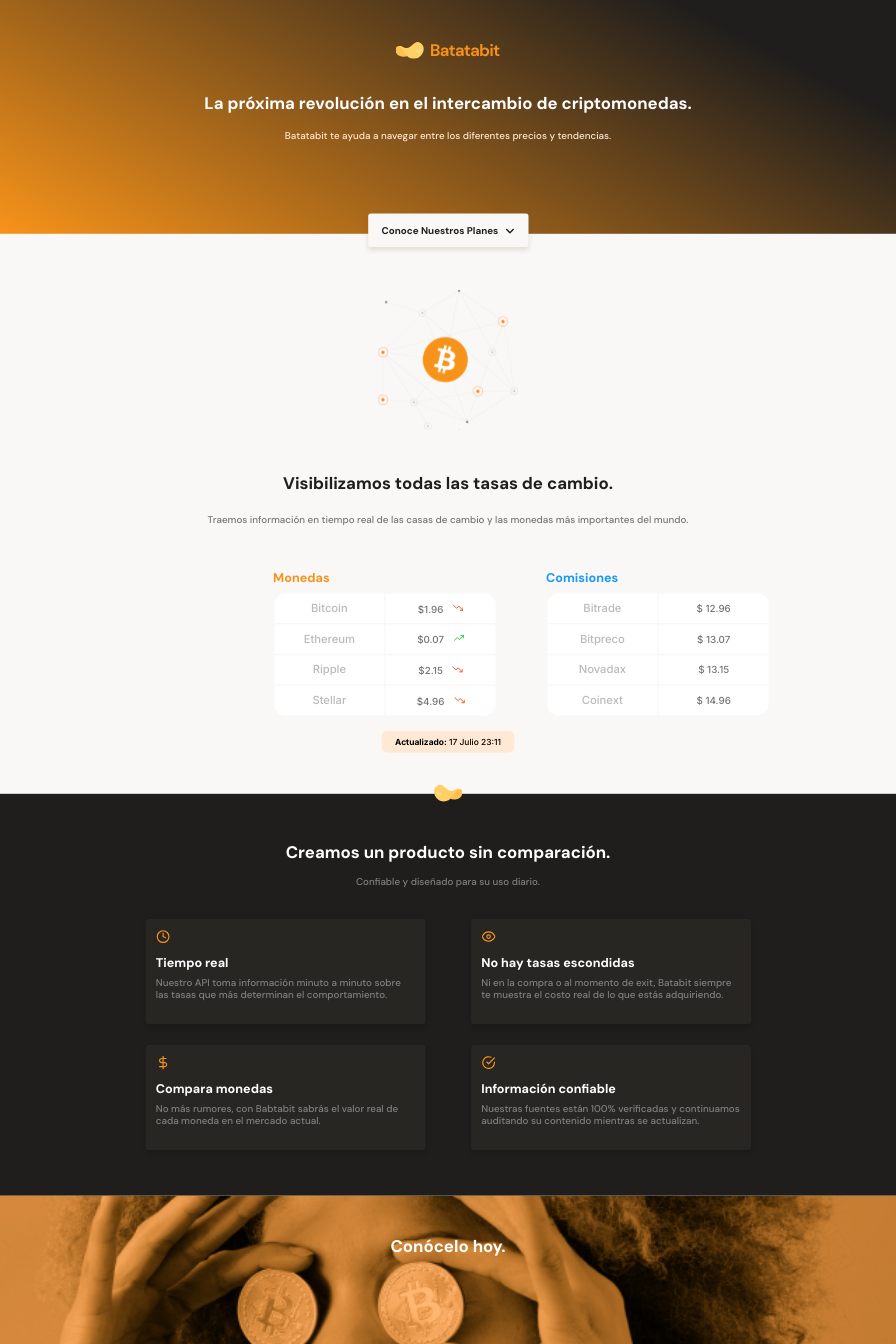
Repository: Pandrea-hub/Batatabit
Page: index.html
An editor plug-in stored every save of this project. The page is shown before and after the next save, followed by the edit.
The browser window is 1280 px wide. The pictures show the part of the page from y = 0 to 1920 px (the page is 2778 px tall), at 70% of full size.

Above is the page before, as saved 2022-04-20 22:31:17.

### index.html
<!DOCTYPE html>
<html lang="en">
<head>
    <meta charset="UTF-8">
    <meta http-equiv="X-UA-Compatible" content="IE=edge">
    <meta name="viewport" content="width=device-width, initial-scale=1.0">
    <title>Document</title>
    <link rel="preconnect" href="https://fonts.googleapis.com">
    <link rel="preconnect" href="https://fonts.gstatic.com" crossorigin>
    <link href="https://fonts.googleapis.com/css2?family=DM+Sans:wght@400;500;700&family=Inter:wght@300;500;700&display=swap" rel="stylesheet">
    <link rel="stylesheet" href="./style.css">
    <link rel="stylesheet" href="./css/tablet.css" media="(min-width: 930px)">
</head>
<body>


    <header>

        <img src="./assets/img/logo.svg" alt="Logo del header donde estara una patata y el nombre que es Batatabit"/>
        <div class="header--title-container">
            <h1>La próxima revolución en el intercambio de criptomonedas.</h1>
            <p>Batatabit te ayuda a navegar entre los diferentes precios y tendencias.</p>
            <a href="#plans" class="header--button">Conoce Nuestros Planes<span></span></a>
        </div>
    </header>


    <main>
        <section class="main-exchange--container">
            <div class="backgroungImg"></div>
            <div class="main-exchange--container--title">
                <h2>Visibilizamos todas las tasas de cambio.</h2>
                <p>Traemos información en tiempo real de las casas de cambio y las monedas más importantes del mundo.</p>
            </div>

            <section class="main-tables-container">
                <div class="main-currency-table">
                    <div class="currency-table">

                        <div class="container-arrow--left" id="arrow-left"></div>

                        <div class="currency-table--container" id="table-1">
                            <p class="currency-table--title" id="title-1">Monedas</p>
                            <table>
                                <tr>
                                    <tr>
                                        <td class="table__top--left">Bitcoin</td>
                                        <td class="table__top--right table__right">$1.96 <span class="down"></span></td>
                                    </tr>
                                    <tr>
                                        <td>Ethereum</td>
                                        <td class="table__right">$0.07 <span class="up"></span></td>
                                    </tr>
                                    <tr>
                                        <td>Ripple</td>
                                        <td class="table__right">$2.15 <span class="down"></span></td>
                                    </tr>
                                    <tr>
                                        <td class="table__bottom--left">Stellar</td>
                                        <td class="table__bottom-right table__right">$4.96 <span class="down"></span></td>
                                    </tr>
                                </tr>
                            </table>
                        </div>


                        <div class="currency-table--container" id="table-2">
                            <p class="currency-table--title" id="title-2">Comisiones</p>
                            <table>
                                <tr>
                                    <tr>
                                        <td class="table__top--left">Bitrade</td>
                                        <td class="table__top--right table__right">$ 12.96</td>
                                    </tr>
                                    <tr>
                                        <td>Bitpreco</td>
                                        <td class="table__right">$ 13.07</td>
                                    </tr>
                                    <tr>
                                        <td>Novadax</td>
                                        <td class="table__right">$ 13.15</td>
                                    </tr>
                                    <tr>
                                        <td class="table__bottom--left">Coinext</td>
                                        <td class="table__bottom-right table__right">$ 14.96</td>
                                    </tr>
                                </tr>
                            </table>
                        </div>

                        <div class="container-arrow" id="arrow-right"></div>

                    </div>

                    <div class="currency-table--date" id="table-date">
                        <p><b>Actualizado:</b> 17 Julio 23:11 </p></p>
                    </div>

                </div>
            </section>
        </section>

    <script>
        const arrow_right = document.getElementById("arrow-right")
        const arrow_left = document.getElementById("arrow-left")
        const table_1 = document.getElementById("table-1")
        const table_2 = document.getElementById("table-2")
        const date = document.getElementById("table-date");


        arrow_right.onclick = function(){
            arrow_right.style.display="none";
            table_1.style.display = "none"
            table_2.style.display = "grid"
            arrow_left.style.display = "block"
            date.style.backgroundColor="#E7F5FF";
        }
        arrow_left.onclick = function(){
            arrow_left.style.display="none";
            table_1.style.display = "grid"
            table_2.style.display = "none"
            arrow_right.style.display = "block"
            date.style.backgroundColor="#FFE9D4";
        }
    </script>


        <section class="main-product--detail">
            <span class="product-detail--batata-logo"></span>
            <div class="product-detail--title">
                <h2>Creamos un producto sin comparación.</h2>
                <p>Confiable y diseñado para su uso diario.</p>
            </div>
            <section class="product-cards--container">
                <article class="product-detail--card">
                    <span class="icon-card clock"></span>
                    <p class="product-card--title">Tiempo real</p>
                    <p class="product-card--body">Nuestro API toma información minuto a minuto sobre las tasas que más determinan el comportamiento.</p>
                </article>

                <article class="product-detail--card">
                    <span class="icon-card tasas"></span>
                    <p class="product-card--title">No hay tasas escondidas</p>
                    <p class="product-card--body">Ni en la compra o al momento de exit, Batabit siempre te muestra el costo real de lo que estás adquiriendo.</p>
                </article>


                <article class="product-detail--card">
                    <span class="icon-card money"></span>
                    <p class="product-card--title">Compara monedas</p>
                    <p class="product-card--body">No más rumores, con Babtabit sabrás el valor real de cada moneda en el mercado actual.</p>
                </article>


                <article class="product-detail--card">
                    <span class="icon-card info"></span>
                    <p class="product-card--title">Información confiable</p>
                    <p class="product-card--body">Nuestras fuentes están 100% verificadas y continuamos auditando su contenido mientras se actualizan.</p>
                </article>

            </section>

        </section>



        <section class="bitcoin-img--container">
            <h2>Conócelo hoy.</h2>
        </section>


        <section id="plans" class="main-plans-container">
            <div class="plans--title">
                <h2>Escoge el plan que mejor se ajuste a ti.</h2>
                <p>Cualquier plan te da acceso completo a nuestra plataforma.</p>
            </div>
            <section class="plans-container--slider">
                <article class="plans-container--card">
                    <p class="recommended">Recomendado</p>
                    <div class="plan-info--container">
                        <h3 class="plan-card--title">Pago Anual</h3>
                        <p class="plan-card--price"><sup>$</sup> 99</p>
                        <p class="plan-card--saving">*Ahorras $129 comparado al plan mensual.</p>
                        <button class="plan-card--ca">Escoger este <span></span></button>
                    </div>
                </article>

                <article class="plans-container--card">
                    <p class="premium">Premium</p>
                    <div class="plan-info--container">
                        <h3 class="plan-card--title">Pago Anual</h3>
                        <p class="plan-card--price"><sup>$</sup> 180</p>
                        <p class="plan-card--saving">*Tendras acceso a categorias como el estado de cuenta y notificaciones cuando se suba el precio.</p>
                        <button class="plan-card--ca">Escoger este <span></span></button>
                    </div>
                </article>


                <article class="plans-container--card card-classic">
                    <p class="classic">Clasico</p>
                    <div class="plan-info--container">
                        <h3 class="plan-card--title info-classic">Pago Trimestal</h3>
                        <p class="plan-card--price info-classic"><sup>$</sup> 25</p>
                        <p class="plan-card--saving info-classic">*Podras acceder solo a 3 meses a una cuenta clasica.</p>
                        <button class="plan-card--ca info-classic-button">Escoger este <span></span></button>
                    </div>
                </article>

            </section>
        </section>




    </main>

    <footer>
        <section class="left">
            <ul>
                <li><a href="#">Linkedin</a></li>
                <li><a href="#">Github</a></li>
                <li><a href="#">Twitter</a></li>
            </ul>
        </section>
        <section class="right">
            <img src="./assets/img/logo-footer.svg" alt="Logo de Batatabit 2020">
        </section>
    </footer>

</body>
</html>

### style.css
/*
1. Position
2. Box model
3. typography
4. Visual themes
5. Others
*/

:root{
    --bitcoin-orange:#F7931A;
    --soft-orange:#FFE9D4;
    --secondary-blue:#1A9AF7;
    --soft-blue:#E7F5FF;
    --warm-black:#201E1C;
    --black: #201e1c;
    --grey: #bababa;
    --off-white: #faf8f7;
    --just-white: #fff;
}

*{
    padding: 0;
    margin: 0;
    box-sizing: border-box;
}


html{
    font-size: 62.5%;
    font-family: "DM Sans", sans-serif;
}

header{
    position: relative;
    display: flex;
    flex-direction:column;
    justify-content: center;
    width: 100%;
    height: 334px;
    min-width: 320px;
    text-align: center;
    background: linear-gradient(207.8deg, #201E1C 16.69%, #F7931A 100%);

}

header img{
    width: 150px;
    height: 24px;
    margin-top: 60px;
    align-self: center;
}

.header--title-container{
    width: 90%;
    min-width: 288px;
    max-width: 900px;
    height: 218px;
    margin-top: 50px;
    text-align: center;
    align-self:center;
}

.header--title-container h1{
    font-size: 2.4rem;
    font-weight: bold;
    line-height: 2.6rem;
    color: var(--just-white);
}

.header--title-container p{
    font-size: 1.4rem;
    font-weight: 500;
    line-height: 1.8rem;
    color:var(--soft-orange);
    margin-top: 2.4rem;
}


.header--title-container .header--button{
    left: calc(50% - 229px/2);
    position: absolute;
    top: 270px;
    display: block;
    margin-top: 35px;
    padding: 15px;
    width: 229px;
    height: 48px;
    background-color: var(--off-white);
    /* Box shadow */
    box-shadow: 0px 4px 8px rgba(89, 73, 30, 0.16);
    border-radius: 4px;
    font-weight: bold;
    font-size: 14px;
    line-height: 18px;
    color:var(--warm-black);
    text-decoration: none;
}

.header--button span{
    display: inline-block;
    width: 13px;
    height: 8px;
    margin-left: 10px;
    background-image: url('./assets/icons/down-arrow.svg');
}

main{
    width: 100%;
    height: auto;
    background-color:var(--off-white);
    min-width: 320px;
}


.main-exchange--container{
    width: 100%;
    height: auto;
    padding-top: 80px;
    padding-bottom: 30px;
    text-align: center;
}

.main-exchange--container--title{
    width: 100%;
    min-width: 288px;
    max-width: 900px;
    margin: 10px auto;
    padding: 1%;
}

.main-exchange--container .backgroungImg{
    width: 200px;
    height: 200px;
    margin: 0 auto;
    margin-bottom: 50px;
    background-image: url(./assets/img/bitcoin.svg);
    background-size: cover;
    background-position: center;
    background-repeat: no-repeat;
}


.main-exchange--container--title h2{
    margin-bottom: 30px;
    font-size: 2.4rem;
    font-weight: bold;
    line-height: 2.6rem;
    align-self:center;
    color:var(--warm-black);
}




.main-exchange--container--title p{
    margin-bottom: 30px;
    font-size: 1.4rem;
    line-height: 1.8rem;
    font-weight: 500;
    color:#757575;
    text-align: center;

}





/*Tables*/


.main-tables-container{
    margin: 20px auto;
    width: 100%;
}



.main-currency-table{
    display: flex;
    flex-direction: column;
    width: 70%;
    min-width: 235px;
    max-width: 500px;
    height: 240px;
    margin: 0 auto;
    font-family: "Inter", sans-serif;
}

.main-currency-table .currency-table--title{
    width: 81px;
    height: 10px;
    margin: 0 auto;
    position: absolute;
    font-size: 1.8rem;
    font-weight: bold;
    line-height: 2.3rem;
    font-family: "DM Sans";
    color:var(--bitcoin-orange);
}

.currency-table{
    width: 100%;
}


.currency-table--container{
    margin: 0 auto;
    width: 100%;
    height: 90px;
    min-width: 190px;
    max-width: 300px;

}

.currency-table--container table{
    width: 70%;
    height: 180px;
    max-width: 320px;
    margin: 30px auto;
    position: absolute;
}


.currency-table--container td{
    width: 50%;
    font-size: 1.6rem;
    font-weight: 500;
    line-height: 1.9rem;
    color:var(--grey);
    background-color:var(--just-white);
    margin: 0px 10px;

}

.table__top--left{
    border-radius: 15px 0 0 0;
}

.table__top--right{
    border-radius:0 15px 0 0;
}


.table__bottom-right{
    border-radius:0 0 15px 0;
}

.table__bottom--left{
    border-radius:0 0 0 15px;
}

.currency-table--container .table__right{
    font-size: 1.4rem;
    font-weight: normal;
    line-height: 1.7rem;
    color:#757575;
}


.currency-table--container .down{
    display: inline-block;
    width: 15px;
    height: 15px;
    margin-left: 10px;
    background-image:url("./assets/icons/trending-down.svg");
    background-size:cover;
    background-repeat:no-repeat;
}

.currency-table--container .up{
    display: inline-block;
    width: 15px;
    height: 15px;
    margin-left: 10px;
    background-image:url("./assets/icons/trending-up.svg");
    background-size:cover;
    background-repeat:no-repeat;
}


.currenty-table{
    display: grid;
    grid-template-columns: 1fr 1fr 1fr;

}


.container-arrow{
    height: 10px;
    width: 12px;
    background-image: url("../assets/icons/right-arrow.svg");
    background-repeat: no-repeat;
    background-size: contain;
    background-position: center;
    position: absolute;
    margin-top: 25px;
    right: calc(10%);
    cursor: pointer;
}


.container-arrow--left{
    display: none;
    height: 10px;
    width: 12px;
    background-image: url("../assets/icons/left-arrow.svg");
    background-repeat: no-repeat;
    background-size: contain;
    background-position: center;
    position: absolute;
    margin-top:120px;
    left: calc(8%);
    cursor: pointer;
}


#title-2{
    color:var(--secondary-blue);
}



.currency-table--date{
    position: relative;
    margin: 0 auto;
    font-size: 12px;
    width: 190px;
    height: 31px;
    margin-top: 140px;

    padding: 8px;
    background-color:var(--soft-orange);
    border-radius:8px;
}

#table-2{
    display: none;
}

.main-product--detail{
    position: relative;
    width: 100%;
    min-width: 320px;
    height: auto;
    padding: 20px 10px;
    background-color:var(--warm-black);
    margin-top: 30px;
}


.product-detail--batata-logo{
    left: calc(50% - 20px);
    top: -12.5px;
    position: absolute;
    width: 40px;
    height: 25px;
    background-image:url("./assets/icons/batata.svg");
}


.product-detail--title{
    width: 90%;
    min-width: 288px;
    height: auto;
    margin: 0 auto;
    margin-top: 50px;
    text-align: center;
}


.product-detail--title h2{
    margin-bottom: 20px;
    font-size: 2.4rem;
    font-weight: bold;
    line-height: 2.6rem;
    color:var(--just-white);

}

.product-detail--title p{
    color:#808080;
    font-size: 1.4rem;
    font-weight: 500;
    line-height: 1.8rem;
}


.product-detail--card{
    width: 90%;
    min-width: 288px;
    max-width: 400px;
    height: 150px;
    margin: 15px auto;
    padding: 15px;
    background-color:#282623;
    border-radius:5px;
    box-shadow:0px 4px 8px rgba(0, 0, 0, 0.16);

}


.product-detail--card .icon-card{
    display: inline-block;
    width: 20px;
    height: 20px;
    background-position: center;
    background-size: cover;
    background-repeat: no-repeat;
    margin-bottom: 15px;

}

.clock{
    background-image:url("./assets/icons/clock.svg");
}

.tasas{
    background-image:url("./assets/icons/eye.svg");
}

.money{
    background-image:url("./assets/icons/dollar-sign.svg");
}

.info{
    background-image:url("./assets/icons/check-circle.svg");
}

.product-card--title{
    font-weight: 700;
    font-weight: bold;
    font-size: 1.8rem;
    line-height: 1.8rem;
    color:var(--just-white);
}


.product-card--body{
    font-weight: 500;
    font-size: 1.4rem;
    line-height: 1.8rem;
    color: #808080;
    margin-top: 10px;
}


/*Seccion de planes*/

.bitcoin-img--container{
    width: 100%;
    min-width: 320px;
    height: 50vh;
    background-image:url('./assets/img/bitcoinbaby2x.jpg');
    background-position:center;
    background-size:cover;
    background-repeat:no-repeat;
    text-align: center;
}

.bitcoin-img--container h2{
    padding-top: 60px;
    font-size: 2.4rem;
    font-weight: bold;
    line-height: 2.6rem;
    color:var(--just-white);
}


.main-plans-container{
    width: 100%;
    min-width: 320px;
    padding-bottom: 70px;
    text-align: center;
}

.plans--title{
    width: 90%;
    min-width: 288px;
    height: auto;
    margin: 0 auto;
    margin-bottom: 50px;
}


.plans--title h2{
    padding-top: 50px;
    font-size: 2.4rem;
    font-weight: bold;
    line-height: 2.6rem;
    color:var(--warm-black);
}


.plans--title p{
    padding-top: 30px;
    font-size: 1.4rem;
    font-weight: 500;
    line-height: 1.8rem;
    color:rgba(117, 117, 117, 1);
}

.plans-container--slider{
    display: flex;
    height: 316px;
    overflow-x: scroll;
    overscroll-behavior-x: contain;
    scroll-snap-type: proximity;
}

.plans-container--slider::-webkit-scrollbar {
    background-color: var(--soft-orange);
    height: 3px;
}

.plans-container--slider::-webkit-scrollbar-thumb {
    background-color: var(--bitcoin-orange);
}

.plans-container--card{
    position: relative;
    scroll-snap-align: center;
    width: 60%;
    min-width: 200px;
    max-width: 300px;
    min-height: 260px;
    margin: 50px 10px 0;
    padding: 0 15px;
    border-radius:15px;
    box-shadow: 0 4px 8px rgba(89, 73, 30, 0.16);
    background:var(--just-white);
}

.recommended{
    position: absolute;
    width: 120px;
    height: 31px;
    left: calc(50% - 60px);
    top: -15px;
    padding: 6px;
    font-size: 1.2rem;
    background-color:var(--bitcoin-orange);
    border-radius:8px;
    color:var(--just-white);
}

.premium{
    position: absolute;
    width: 120px;
    height: 31px;
    left: calc(50% - 60px);
    top: -15px;
    padding: 6px;
    font-size: 1.2rem;
    background-color:var(--secondary-blue);
    border-radius:8px;
    color:var(--just-white);
}

.classic{
    position: absolute;
    width: 120px;
    height: 31px;
    left: calc(50% - 60px);
    top: -15px;
    padding: 6px;
    font-size: 1.2rem;
    background-color:var(--bitcoin-orange);
    border-radius:8px;
    color:var(--just-white);
}

.card-classic{
    background-color:var(--warm-black);
}



.plan-card--title{
    padding-top: 30px;
    font-size: 1.4rem;
    font-weight: 500;
    line-height: 1.8rem;
    color:black;
}

.plan-card--price{
    padding: 5px 0;
    font-size: 5.2rem;
    font-weight: bold;
    line-height: 6.3rem;
    letter-spacing: -0.08em;
    color:black;
}

.plan-card--price sup{

    font-size: 1.2rem;

}

.plan-card--saving{
    font-size: 1.2rem;
    color:#757575;
}

.plan-card--ca{
    width: 150px;
    height: 48px;
    margin-top: 16px;
    border: 2px solid var(--bitcoin-orange);
    background:var(--off-white);
    border-radius: 4px;
    font-size: 1.4rem;
    font-weight: bold;
    line-height: 1.8rem;
    color:var(--warm-black);
    text-align: center;
    font-family: "DM Sans", sans-serif;
}

.plan-card--ca span{
    display: inline-block;
    width: 20px;
    height: 20px;
    background-image:url('./assets/icons/orange-right-arrow.svg');
    vertical-align: text-bottom;
}

.info-classic{
    color:var(--just-white);
}


.info-classic-button{
    background:var(--grey);
}

footer{
    display: flex;
    width: 100%;
    height: 150px;
    background:var(--bitcoin-orange);
}

footer section{
    width: 50%;
    display: flex;
    justify-content: center;
    align-items: center;
}

footer .left ul{
    font-size: 1.4rem;
    font-weight: 500;
    line-height: 1.8rem;
    list-style: none;
}

.left li{
    margin: 10px 0;
}

.left a{
    text-decoration: none;
    color: var(--just-white);
}

### css/tablet.css
.main-tables-container{
    width: 100%;
}


.main-currency-table{
    width: 930px;
}


.currency-table{
    display: flex;
    justify-content: space-between;
    gap: 200px;

}

.currency-table--container{
    width: auto;
}

.currency-table--date{
    position: relative;
    margin-top: 140px;
}

#table-1 table,
#table-2 table{
    width: 475px;
}

.container-arrow,
.container-arrow--left{
    display: none;
}


#table-1,
#table-2{
    display: flex;
    position: relative;
}

.product-cards--container{
    display: flex;
    flex-wrap: wrap;
    width: 930px;
    margin: 30px auto;
}


.plans-container--slider{
    justify-content: center;
}

.plans-container--slider::-webkit-scrollbar {
    display: none;
}

After the next save:
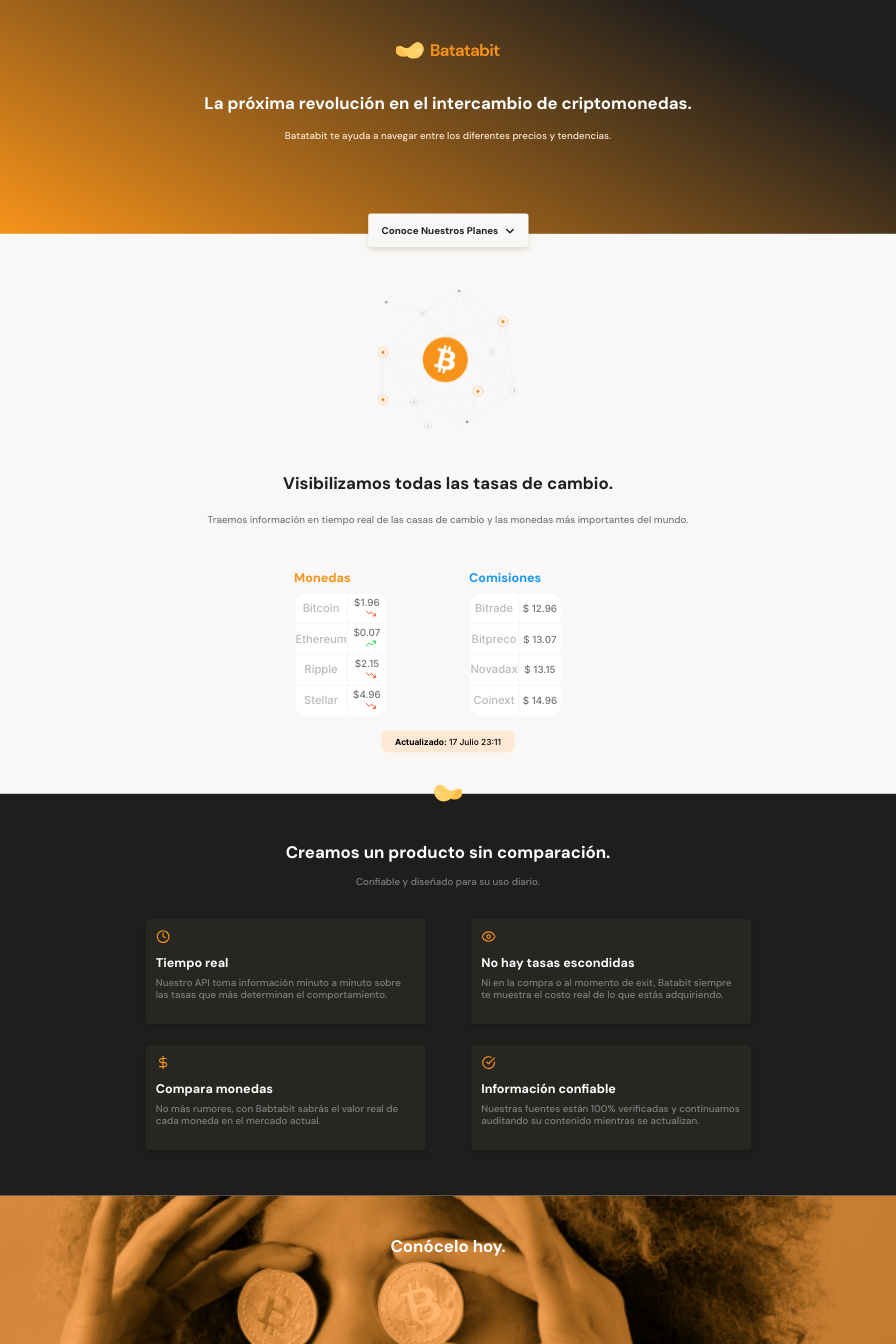
Saved 64 s later.
--- a/css/tablet.css
+++ b/css/tablet.css
@@ -11,7 +11,6 @@
 .currency-table{
     display: flex;
     justify-content: space-between;
-    gap: 200px;
 
 }
 
@@ -24,10 +23,7 @@
     margin-top: 140px;
 }
 
-#table-1 table,
-#table-2 table{
-    width: 475px;
-}
+
 
 .container-arrow,
 .container-arrow--left{
